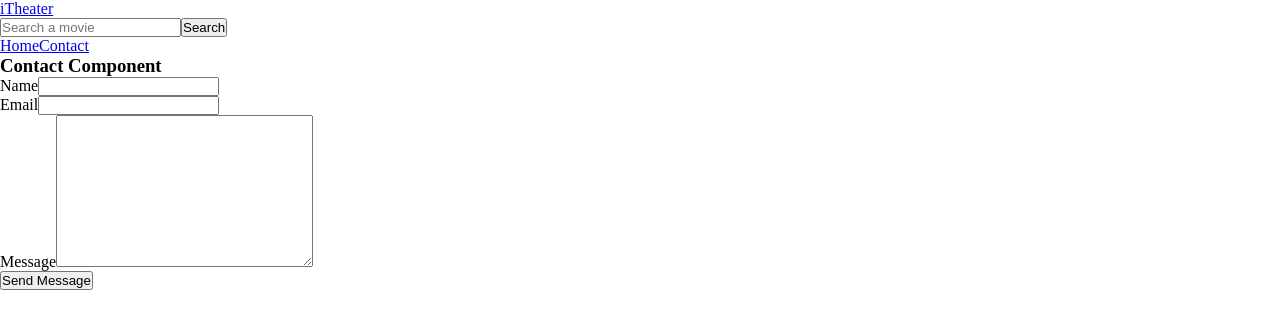
Repository: just-mann/itheater
Page: /contact
These files come from the project's save history. The page is drawn as it stood at one moment and after the next save; the edit follows.
The browser window is 1280 px wide. The pictures show the whole page.
The page's requests for data from a server got no answer. The project was rebuilt for these pictures with package versions that can differ from the ones it lists, and the page was loaded fresh each time. No one was signed in, and anything a server would have sent is missing. Also part of the build but not shown: src/components/MovieDetail.js, src/components/ShowList.js.

Above is the page before, as saved 2021-07-16 02:39:58.

After the next save:
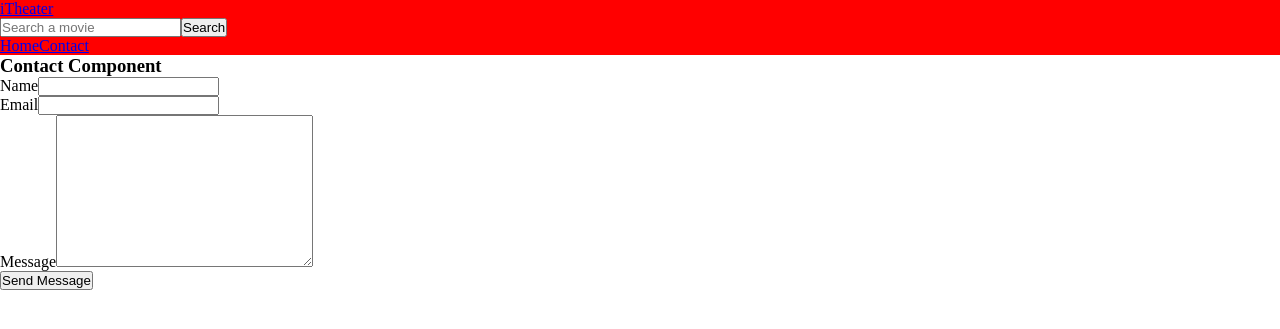
Saved 21 s later.
--- a/src/styles/style.css
+++ b/src/styles/style.css
@@ -6,4 +6,8 @@
 
 html {
   scroll-behavior: smooth;
-}/*# sourceMappingURL=style_20210716023958.css.map */
+}
+
+.Header {
+  background: red;
+}/*# sourceMappingURL=style_20210716024019.css.map */
